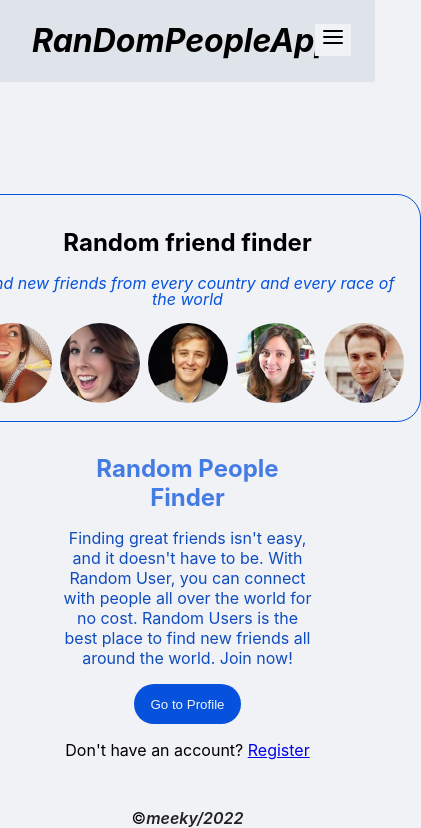
Repository: MikkyPrestige/RandomProfiles
Page: /
The author's editor kept a copy of each file at every save. The page is drawn from the files as they stood at one save, then again after the next save.
The browser window is 375 px wide. The page is 421 px wide, so the pictures cover 421 px, including what lies to the right of the window. The pictures show the whole page.
The project was rebuilt for these pictures with package versions that can differ from the ones it lists, and the page was loaded fresh each time. Also part of the build but not shown: src/components/users.jsx, src/assets/styles/search.css, src/components/search.jsx, src/assets/styles/help.css, src/components/help.jsx, src/assets/styles/about.css, src/components/about.jsx, src/assets/styles/error.css and 9 more.

Above is the page before, as saved 2022-12-06 20:38:54.

### public/index.html
<!DOCTYPE html>
<html lang="en">

<head>
  <meta charset="utf-8" />
  <link rel="icon" href="%PUBLIC_URL%/favicon.ico" />
  <meta name="viewport" content="width=device-width, initial-scale=1" />
  <meta name="theme-color" content="#000000" />
  <meta name="description" content="Web site created using create-react-app" />
  <link rel="apple-touch-icon" href="%PUBLIC_URL%/logo192.png" />
  <!--
      manifest.json provides metadata used when your web app is installed on a
      user's mobile device or desktop. See https://developers.google.com/web/fundamentals/web-app-manifest/
    -->
  <link rel="manifest" href="%PUBLIC_URL%/manifest.json" />
  <!--
      Notice the use of %PUBLIC_URL% in the tags above.
      It will be replaced with the URL of the `public` folder during the build.
      Only files inside the `public` folder can be referenced from the HTML.

      Unlike "/favicon.ico" or "favicon.ico", "%PUBLIC_URL%/favicon.ico" will
      work correctly both with client-side routing and a non-root public URL.
      Learn how to configure a non-root public URL by running `npm run build`.
    -->
  <title>AltSchool Assignment 2</title>
</head>

<body>
  <noscript>You need to enable JavaScript to run this app.</noscript>
  <div id="root"></div>
  <!--
      This HTML file is a template.
      If you open it directly in the browser, you will see an empty page.

      You can add webfonts, meta tags, or analytics to this file.
      The build step will place the bundled scripts into the <body> tag.

      To begin the development, run `npm start` or `yarn start`.
      To create a production bundle, use `npm run build` or `yarn build`.
    -->
</body>

</html>

### src/index.css
body {
  margin: 0;
  font-family: -apple-system, BlinkMacSystemFont, 'Segoe UI', 'Roboto', 'Oxygen',
    'Ubuntu', 'Cantarell', 'Fira Sans', 'Droid Sans', 'Helvetica Neue',
    sans-serif;
  -webkit-font-smoothing: antialiased;
  -moz-osx-font-smoothing: grayscale;
  background-color: #f1f2f6;
}

code {
  font-family: source-code-pro, Menlo, Monaco, Consolas, 'Courier New',
    monospace;
}

### src/App.jsx
import * as React from "react";
import { ErrorBoundary } from "react-error-boundary";
import { Route, Routes } from "react-router-dom";
import {
  Layout,
  Home,
  Users,
  Search,
  Help,
  About,
  Error,
  ErrorFallBack,
  Profile,
  ProfileDisplay,
  Register,
  UpdatePassword,
  Footer,
} from "./components";

const App = () => {
  return (
    <div className="App">
      <main>
        <ErrorBoundary FallbackComponent={ErrorFallBack}>
          <Layout />
          <Routes>
            <Route path="/" element={<Home />} />
            <Route path="users">
              <Route index element={<Users />} />
              <Route path=":id" element={<Search />} />
            </Route>
            <Route path="profile" element={<Profile />} />
            <Route path="profileDisplay" element={<ProfileDisplay />} />
            <Route path="register" element={<Register />} />
            <Route path="update" element={<UpdatePassword />} />
            <Route path="help" element={<Help />} />
            <Route path="about" element={<About />} />
            <Route path="*" element={<Error />} />
          </Routes>
        </ErrorBoundary>
        <Footer />
      </main>
    </div>
  );
};

export default App;

### src/components/index.js
export {  Layout, Back } from "./layout";
export { default as Home } from "./home";
export { default as Users } from "./users";
export { default as Search } from "./search";
export { default as Help } from "./help";
export { default as About } from "./about";
export { default as Error } from "./error";
export { default as ErrorFallBack } from "./errorFallback";
export { default as Profile } from "./profile";
export { default as ProfileDisplay } from "./profileDisplay";
export { default as Register } from "./register";
export { default as UpdatePassword } from "./update";
export { Footer } from "./avatar";

### src/components/layout.jsx
// LAYOUT COMPONENT - This component is for the App Layout that displays the Navigation bar in the app UI to the user when app is open

import { useState } from "react";
import { NavLink } from "react-router-dom";
import "../assets/styles/layout.css";
import { MdClose } from "react-icons/md";
import { FiMenu } from "react-icons/fi";

const CustomNavLink = ({ to, ...props }) => {
  let activeStyle = {
    textDecoration: "underline",
    color: "red",
  };

  return (
    <NavLink
      style={({ isActive }) =>
        isActive ? activeStyle : { textDecoration: "none" }
      }
      to={to}
      end
      {...props}
    />
  );
};

const LayoutSmall = () => {
  const [nav, setNav] = useState(false);

  const toggleNav = () => {
    setNav(!nav);
  };

  const closeNav = () => {
    setNav(false);
  };

  return (
    <div className="layout small">
      <header className="layout__header">
        <div className="layout__header--text">
          <h1 className="layout__header--title">RanDomPeopleApp</h1>
        </div>
        <nav className="layout__nav">
          <button onClick={toggleNav} className="layout--btn">
            {nav ? (
              <MdClose className="layout__btn--icon" />
            ) : (
              <FiMenu className="layout__btn--icon" />
            )}
          </button>
          <div className={`menuNav ${nav ? " showMenu" : ""}`}>
            <CustomNavLink
              to="/"
              end
              className="nav__item"
              onClick={() => closeNav()}
            >
              Home
            </CustomNavLink>
            <CustomNavLink
              to="profile"
              className="nav__item"
              onClick={() => closeNav()}
            >
              Users
            </CustomNavLink>
            <CustomNavLink
              to="about"
              className="nav__item"
              onClick={() => closeNav()}
            >
              About
            </CustomNavLink>
            <CustomNavLink
              to="help"
              className="nav__item"
              onClick={() => closeNav()}
            >
              Features
            </CustomNavLink>
          </div>
        </nav>
      </header>
    </div>
  );
};

const LayoutLarge = () => {
  return (
    <div className="layout large">
      <header className="layout__header">
        <div className="layout__header--text">
          <h1 className="layout__header--title">RanDomPeopleApp</h1>
        </div>
        <nav className="layout__nav">
          <div className="nav__items--large">
            <CustomNavLink to="/" className="nav__item--large">
              Home
            </CustomNavLink>
            <CustomNavLink to="profile" className="nav__item--large">
              Users
            </CustomNavLink>
            <CustomNavLink to="about" className="nav__item--large">
              About
            </CustomNavLink>
            <CustomNavLink to="help" className="nav__item--large">
              Features
            </CustomNavLink>
          </div>
        </nav>
      </header>
    </div>
  );
};

const Layout = () => {
  return (
    <div>
      <LayoutSmall />
      <LayoutLarge />
    </div>
  );
};

//  Navigate back home button
const Back = () => {
  const [isHover, setIsHover] = useState(false);

  const handleMouseEnter = () => {
    setIsHover(true);
  };

  const handleMouseLeave = () => {
    setIsHover(false);
  };

  const style = {
    border: "none",
    borderRadius: ".5rem",
    padding: " .5rem",
    fontSize: "1rem",
    fontWeight: "600",
    cursor: "pointer",
    backgroundColor: isHover ? "lightblue" : "rgb(0, 191, 255)",
    color: isHover ? "#f00" : "green",
  };

  return (
    <NavLink to="/" className="back__button">
      <button
        style={style}
        onMouseEnter={handleMouseEnter}
        onMouseLeave={handleMouseLeave}
      >
        Back ←{" "}
      </button>
    </NavLink>
  );
};

export { Layout, Back };

### src/components/home.jsx
// HOME COMPONENT - This component is the Home section of the app that displays app Home page on load and when the 'HOME' button in the header is clicked

import { Link, useNavigate } from "react-router-dom";
import "../assets/styles/home.css";
import { Avatar } from "./avatar";
import FirstFemale from "../assets/img/female-1.jpg";
import SecondFemale from "../assets/img/female-2.jpg";
import ThirdFemale from "../assets/img/female-3.jpg";
import FirstMale from "../assets/img/male-1.jpg";
import SecondMale from "../assets/img/male-2.jpg";

const Home = () => {
  const navigate = useNavigate();
  const getStarted = () => {
    navigate("/profileDisplay"); // Redirect the user to the users component when the get started button is clicked
  };

  return (
    <div className="home">
      <div className="home__container">
        <div className="desc">
          <h1 className="desc__heading">Random people finder</h1>
          <p className="desc__paragraph">
            Finding great friends isn't easy, and it doesn't have to be. With
            Random User, you can connect with people all over the world for no
            cost. Random Users is the best place to find new friends all around
            the world. Join now!
          </p>
          <button onClick={getStarted} className="desc__cta">
            Go to Profile
          </button>
          <p className="register__text">
            Don't have an account?{" "}
            <Link to="/register" className="register__link">
              Register
            </Link>
          </p>
        </div>
        <div className="home__wrapper">
          <h2 className="home__heading">Random friend finder</h2>
          <p className="home__text">
            Find new friends from every country and every race of the world
          </p>
          <div className="home__img">
            <Avatar
              image={FirstFemale}
              alt="Female One"
              style={{ width: "5rem", height: "5rem", borderRadius: "50%" }}
            />
            <Avatar
              image={SecondFemale}
              alt="Female Two"
              style={{ width: "5rem", height: "5rem", borderRadius: "50%" }}
            />
            <Avatar
              image={FirstMale}
              alt="Male One"
              style={{ width: "5rem", height: "5rem", borderRadius: "50%" }}
            />
            <Avatar
              image={ThirdFemale}
              alt="Female Three"
              style={{ width: "5rem", height: "5rem", borderRadius: "50%" }}
            />
            <Avatar
              image={SecondMale}
              alt="Male Two"
              style={{ width: "5rem", height: "5rem", borderRadius: "50%" }}
            />
          </div>
        </div>
      </div>
    </div>
  );
};

export default Home;

### src/components/avatar.jsx
// AVATAR COMPONENT - This component is for the Images used in the app.

import "../assets/styles/layout.css";

export const Avatar = ({ image = "", alt = "", style = {} }) => {
  return (
    <div className="avatar">
      <img src={image} alt={alt} style={style} />
    </div>
  );
};

// FOOTER COMPONENT - for the attribution

export const Footer = () => {
  return (
    <div className="attribution">
      <footer>
        &copy;
        <a
          href="https://github.com/MeekyBerry"
          target="_blank"
          rel="noreferrer"
          className="footer"
        >
          meeky/2022
        </a>
      </footer>
    </div>
  );
};

### src/assets/styles/layout.css
.layout {
  background-color: #dfe4ea;
  width: 100%;
}

.layout__nav {
  display: flex;
  align-items: center;
  justify-content: space-between;
  position: relative;
  padding-right: 2rem;
}

.layout__header {
  display: flex;
  justify-content: space-between;
  align-items: center;
}

.layout__header--title {
  font-style: oblique;
  padding-left: 2rem;
}

.layout--btn {
  position: fixed;
  top: 1.5rem;
  right: 1.5rem;
  z-index: 10;
  background-color: #f1f2f5;
  border: none;
  font-size: 1.5rem;
  cursor: pointer;
}

.menuNav {
  position: fixed;
  top: 6rem;
  right: 0;
  width: 0;
  max-width: 10rem;
  height: 100%;
  background-color: #f1f2f5;
  z-index: 5;
  overflow: hidden;
}

.menuNav.showMenu {
  width: 100%;
  transition: all 2s ease-in;
  -webkit-transition: all 2s ease-in;
  -moz-transition: all 2s ease-in;
  -ms-transition: all 2s ease-in;
  -o-transition: all 2s ease-in;
}

.nav__items {
  display: flex;
  align-items: center;
  list-style: none;
  /* flex-wrap: wrap; */
}

.nav__item {
  font-size: 1.2rem;
  padding: 1rem;
  text-transform: uppercase;
  display: block;
  text-align: center;
  text-transform: uppercase;
  color: #0046dc;
}

.nav__item:hover {
  color: #7dd5c6;
}

.nav__items--large {
  display: flex;
  gap: 2rem;
}

.nav__item--large {
  text-transform: uppercase;
  font-size: 1.1rem;
  font-weight: 700;
  letter-spacing: .2rem;
  color: #0046dc;
}

.attribution {
  text-align: center;
}

.footer {
  color: #222;
  text-decoration: none;
  cursor: pointer;
  font-style: italic;
  font-weight: 600;
}

/* MEDIA QUERY TO HIDE THE NAVIGATION BAR HAMBURGER ON LARGE SCREENS */

@media screen and (min-width: 768px) {
  .small {
    display: none;
  }

  .large {
    display: block;
  }
}

@media screen and (max-width: 768px) {
  .small {
    display: block;
  }

  .large {
    display: none;
  }
}

@media screen and (max-width: 900px) {
  .nav__item--large {
    font-size: 1rem;
    margin-right: -.5rem;
  }

}

### src/assets/styles/home.css
.home {
  margin-top: 5rem;
  text-align: center;
  padding: 2rem;
}

.home__container {
  display: flex;
  justify-content: space-around;
  align-items: center;
  gap: 1rem;
}

.desc {
  width: 40%;
}

.desc__heading {
  font-size: 2rem;
  color: #0651ddbb;
  text-transform: capitalize;
}

.desc__paragraph {
  font-size: 1rem;
  color: #0f4cbe;
}

.desc__cta {
  background-color: #0652dd;
  color: #f1f2f6;
  padding: 0.8rem 1rem;
  border: none;
  border-radius: 1.5rem;
}

.desc__cta:hover {
  background-color: #0f4cbe;
}

.home__wrapper {
  border: 1px solid #0652dd;
  border-radius: 1.5rem;
  line-height: 1;
  padding: 1rem;
  height: min-content;
}

.home__text {
  font-style: italic;
  color: #0652dd;
}

.home__img {
  display: flex;
  align-items: center;
  gap: 1rem;
}

@media screen and (max-width: 900px) {
  .home__container {
    flex-direction: column-reverse;
  }

  .desc {
    width: 60%;
  }
}

@media screen and (max-width: 600px) {
  .desc {
    width: 80%;
  }

  .desc__heading {
    font-size: 1.5rem;
  }

  .home__img {
    /* width: 40%; */
    gap: .5rem;
  }
}

### src/assets/styles/users.css
.users {
  background-color: #fff;
  border: 1px solid #ccc;
  border-radius: 0.5rem;
  padding: 1rem;
  margin: 1rem;
}

.users__container {
  display: flex;
  flex-direction: column;
  justify-content: center;
  align-items: center;
}

.users__heading {
  text-align: center;
  text-transform: uppercase;
  font-size: 1.5rem;
  font-weight: bold;
  margin-bottom: 1rem;
}

.users__list {
  list-style: none;
  padding: 2rem;
  margin: 1rem auto;
  width: 85%;
  display: grid;
  grid-template-columns: repeat(3, minmax(200px, 1fr));
  grid-gap: 3rem;
}

.user__items {
  border-bottom: 1px solid #ccc;
}

.user__item {
  background-color: #fff;
  border: 1px solid #ccc;
  border-radius: 0.5rem;
  padding: 1rem;
}

.user__img {
  width: 80%;
  border-radius: 10%;
  margin-left: 1rem;
}

/* BUTTON BELOW */
.btn__container {
  display: flex;
  justify-content: center;
  align-items: center;
}

.active:hover {
  background-color: #ced6e0;
  color: #1e90ff;
}

.active:active {
  background-color: #70a1ff;
  color: #ced6e0;
}

.btn__array {
  padding: 0.5rem;
  margin: 0.5rem;
  font-size: 1rem;
  border-radius: 0.5rem;
  border: none;
  cursor: pointer;
}

.search__box {
  display: flex;
  justify-content: center;
  align-items: center;
}

.search__link {
  background-color: #fff;
  border: 1px solid #ccc;
  color: #1e90ff;
  border-radius: 1rem;
  width: 18rem;
  padding: 0.5rem;
  margin: 1rem;
  font-size: 1rem;
  font-weight: bold;
  cursor: pointer;
  text-align: center;
  text-decoration: none;
  animation: search 1s ease-in-out infinite;
}

.search__link:hover {
  background-color: #1e90ff;
  color: #fff;
  animation: none;
}

.search__link:active {
  background-color: #70a1ff;
  color: #fff;
  animation: none;
}

@keyframes search {
  0% {
    transform: scale(1);
  }

  50% {
    transform: scale(1.2);
  }

  100% {
    transform: scale(1);
  }
}

Loaded but not shown: src/index.js (common file)

After the next save:
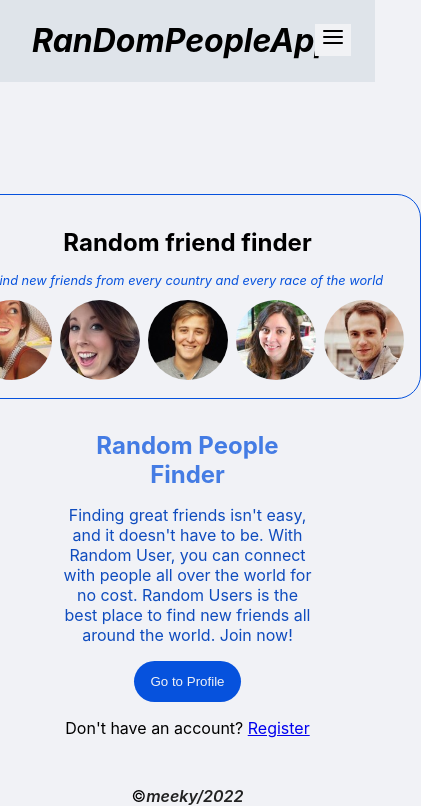
Saved 99 s later.
--- a/src/assets/styles/home.css
+++ b/src/assets/styles/home.css
@@ -80,4 +80,8 @@
     /* width: 40%; */
     gap: .5rem;
   }
+
+  .home__text {
+    font-size: .8rem;
+  }
 }

After the save that followed:
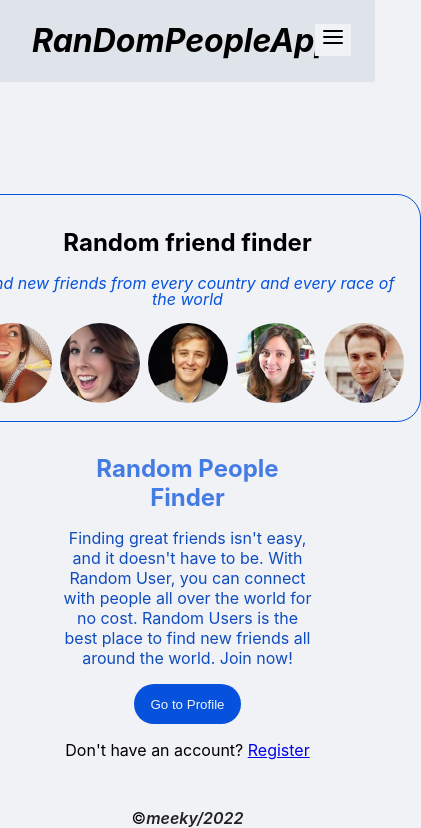
Saved 23 s later.
--- a/src/assets/styles/home.css
+++ b/src/assets/styles/home.css
@@ -82,6 +82,6 @@
   }
 
   .home__text {
-    font-size: .8rem;
+    font-size: 1rem;
   }
 }
